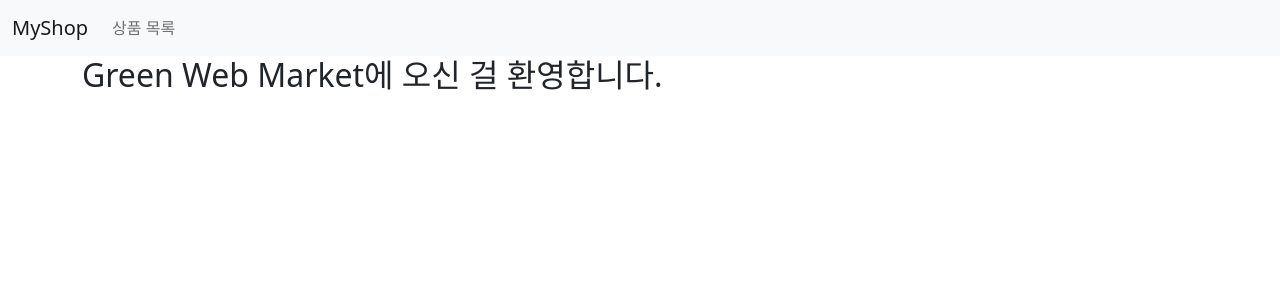
Repository: Yunkieun/jspworks
Page: http://localhost/Market/
These files come from the project's save history. The page is drawn as it stood at one moment and after the next save; the edit follows.
The browser window is 1280 px wide. The pictures show the whole page.
The page is served by Tomcat 9. Nobody is signed in. The application's start-up code is not run. Other server files are loaded and not shown.

Above is the page before, as saved 2023-07-19 08:47:55.

### Market/src/main/webapp/index.jsp
<%@ page language="java" contentType="text/html; charset=UTF-8"
    pageEncoding="UTF-8"%>
<!DOCTYPE html>
<html>
<head>
<meta charset="UTF-8">
<title>Welcome~</title>
<link rel="stylesheet" href="resources/css/bootstrap.css">
<script src="resources/js/bootstrap.js"></script>
</head>
<body>
	<jsp:include page="header.jsp" />
	<div class="container">
		<h2>Green Web Market에 오신 걸 환영합니다.</h2>
	</div>
</body>
</html>

### Market/src/main/webapp/header.jsp
<%@ page language="java" contentType="text/html; charset=UTF-8"
    pageEncoding="UTF-8"%>
<nav class="navbar navbar-expand-lg navbar-light bg-light">
  <div class="container-fluid">
    <a class="navbar-brand" href="index.jsp">MyShop</a>
    <button class="navbar-toggler" type="button" data-bs-toggle="collapse" data-bs-target="#navbarSupportedContent" aria-controls="navbarSupportedContent" aria-expanded="false" aria-label="Toggle navigation">
      <span class="navbar-toggler-icon"></span>
    </button>
    <div class="collapse navbar-collapse" id="navbarSupportedContent">
      <ul class="navbar-nav me-auto mb-2 mb-lg-0">
        <li class="nav-item">
          <a class="nav-link" href="/productList.do">상품 목록</a>
        </li>
      </ul>
    </div>
  </div>
</nav>

Loaded but not shown: Market/src/main/webapp/resources/css/bootstrap.css (library); Market/src/main/webapp/resources/js/bootstrap.js (library)

After the next save:
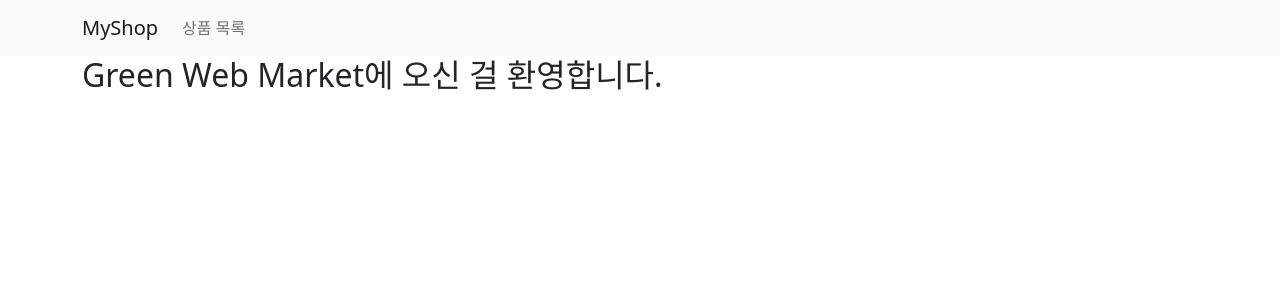
Saved 19 s later.
--- a/Market/src/main/webapp/header.jsp
+++ b/Market/src/main/webapp/header.jsp
@@ -1,7 +1,7 @@
 <%@ page language="java" contentType="text/html; charset=UTF-8"
     pageEncoding="UTF-8"%>
 <nav class="navbar navbar-expand-lg navbar-light bg-light">
-  <div class="container-fluid">
+  <div class="container">
     <a class="navbar-brand" href="index.jsp">MyShop</a>
     <button class="navbar-toggler" type="button" data-bs-toggle="collapse" data-bs-target="#navbarSupportedContent" aria-controls="navbarSupportedContent" aria-expanded="false" aria-label="Toggle navigation">
       <span class="navbar-toggler-icon"></span>
